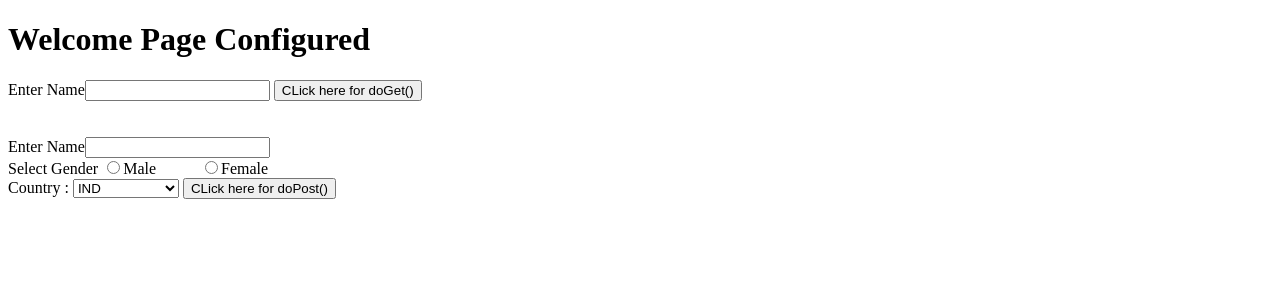
Repository: vinayingalahalli/java_batch1_revature
Page: revature_java/my_servlet_app/WebContent/myHome.html
An editor plug-in stored every save of this project. The page is shown before and after the next save, followed by the edit.
The browser window is 1280 px wide. The pictures show the whole page.

Above is the page before, as saved 2019-09-10 19:02:36.

### revature_java/my_servlet_app/WebContent/myHome.html
<!DOCTYPE html>
<html>
<head>
<meta charset="ISO-8859-1">
<title>First Page</title>
</head>
<body>
	<h1>Welcome Page Configured</h1>
	<form action="abc" method="get">
	Enter Name<input type="text" name="fname">
		<input type="submit" value="CLick here for doGet()">
	</form>
	<br />
	<br />
<form action="abc" method="post">
Enter Name<input type="text" name="fname"><br/>
Select Gender      <input type="radio" name="gender" value="M">Male  &nbsp;&nbsp;&nbsp;&nbsp;&nbsp;&nbsp;&nbsp;&nbsp;&nbsp;
<input type="radio" name="gender" value="F">Female<br/>
Country : <select name="country">
<option value="India">IND</option>
<option value="USA">USA</option>
<option value="Others">Other Country</option>
</select>
		<input type="submit" value="CLick here for doPost()">
	</form>
</body>
</html>

After the next save:
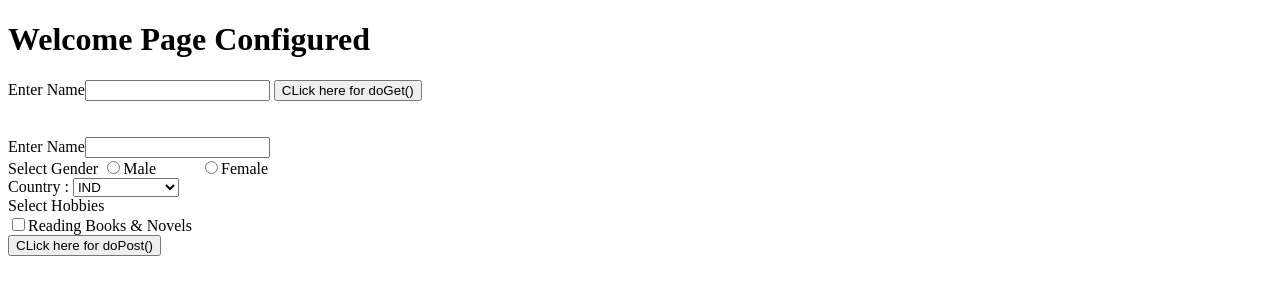
Saved 62 s later.
--- a/revature_java/my_servlet_app/WebContent/myHome.html
+++ b/revature_java/my_servlet_app/WebContent/myHome.html
@@ -20,7 +20,9 @@ Country : <select name="country">
 <option value="India">IND</option>
 <option value="USA">USA</option>
 <option value="Others">Other Country</option>
-</select>
+</select> <br/>
+Select Hobbies<br/>
+<input type="checkbox" name="hobby" value="Reading">Reading Books & Novels<br/>
 		<input type="submit" value="CLick here for doPost()">
 	</form>
 </body>
